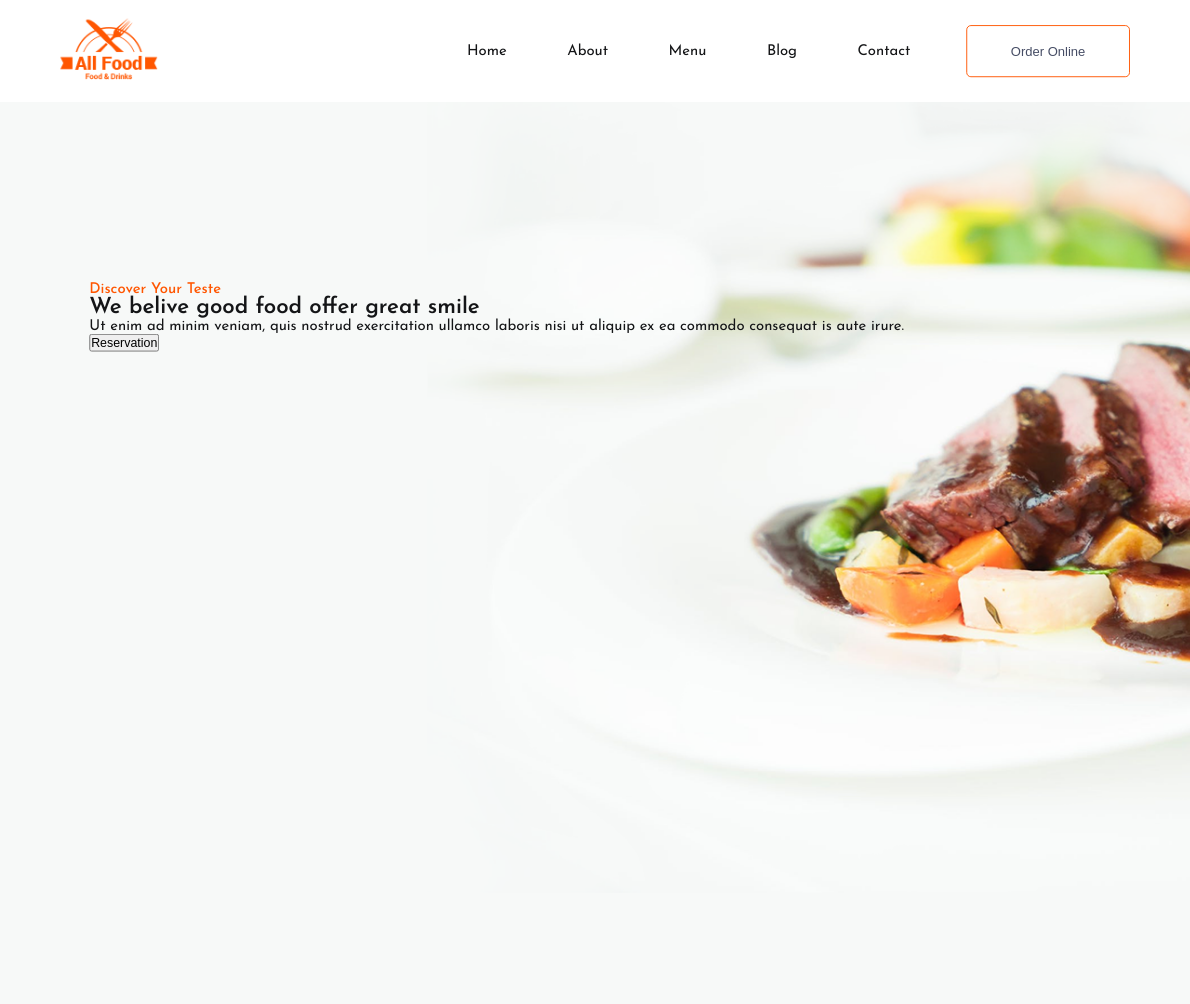
Repository: Ebtehal18/food
Page: index.html
An editor plug-in stored every save of this project. The page is shown before and after the next save, followed by the edit.
The browser window is 1280 px wide. The pictures show the whole page, at 93% of full size.

Above is the page before, as saved 2024-01-16 21:05:06.

### index.html
<!DOCTYPE html>
<html lang="en">
  <head>
    <meta charset="UTF-8" />
    <meta name="viewport" content="width=device-width, initial-scale=1.0" />
    <title>Time Zone</title>
    <link rel="preconnect" href="https://fonts.googleapis.com" />
    <link rel="preconnect" href="https://fonts.gstatic.com" crossorigin />
    <link
      href="https://fonts.googleapis.com/css2?family=Josefin+Sans:wght@200;300;400;500;600&display=swap"
      rel="stylesheet"
    />
    <link rel="stylesheet" href="asessets/css/style.css" />
    <link rel="stylesheet" href="asessets/css/External/all.min.css" />
  </head>
  <body>
    <!-- nav bar -->
    <header class="header">
      <div class="logo"><img src="asessets/imgs/logo.png" alt="logo" /></div>
      <nav class="nav">
        <ul class="nav-list">
          <li class="list-item"><a href="#">Home</a></li>
          <li class="list-item"><a href="#">About</a></li>
          <li class="list-item"><a href="#">Menu</a></li>
          <li class="list-item">
            <a href="#">Blog</a>
            <ul class="dropdown-list">
              <li class="dropdown-item"><a href="#">Blog</a></li>
              <li class="dropdown-item"><a href="#">Blog Details</a></li>
              <li class="dropdown-item"><a href="#">Element</a></li>
            </ul>
          </li>
          <li class="list-item"><a href="#">Contact</a></li>
        </ul>
      </nav>
      <button class="btn">Order Online</button>
    </header>

    <!-- hero -->

    <section class="hero">
      <div class="container">
        <div class="row">
         <div class="hero-content">
           <span>Discover Your Teste</span>
          <h1>We belive good food offer great smile</h1>
          <p>
            Ut enim ad minim veniam, quis nostrud exercitation ullamco laboris
            nisi ut aliquip ex ea commodo consequat is aute irure.
          </p>
          <button>Reservation</button></div>
          </div>
        </div>
      </div>
    </section>
  </body>
</html>

### asessets/css/style.css
/*
=======================================================
          public styles
======================================================= */
*,
*::after,
*::before {
  margin: 0;
  padding: 0;
  box-sizing: border-box;
}
html,
body {
  overflow-x: hidden;
}
body {
  font-family: "Josefin Sans", sans-serif;
  color: #141517;
  /* height: 1000px; */
}
.container {
  width: 85%;
  margin: auto;
}
.row {
  display: flex;
  justify-content: space-between;
  align-items: flex-start;
}

/* @media (max-width: 767px) {
  .row {
    flex-flow: column wrap;
  }
} */

/*
=====================================================
            end public styles
=====================================================
 */

/* ===============
        navbar
 ================= */
.header {
  z-index: 999;
  display: flex;
  background-color: #fff;
  position: fixed;
  justify-content: space-around;
  align-items: center;
  top: 0;
  padding: 20px 65px;
  width: 100%;
}
.header .nav {
  display: flex;
  margin-left: auto;
  margin-right: 30px;
}
.header .nav .nav-list .list-item {
  padding: 0 30px;
  display: inline-block;
}
.header .nav .nav-list .list-item a {
  color: #141517;
  font-weight: 400;
  font-size: 16px;
  text-decoration: none;
}
.header .nav .nav-list .list-item a:hover {
  color: #ff5600;
}
.header .nav .nav-list .list-item:nth-child(4) {
  position: relative;
}

.header .nav .list-item .dropdown-list {
  padding: 10px 15px;
  background-color: #fff;
  position: absolute;
  top: 44px;
  left: -4px;
  opacity: 0;
  transition: all 0.4s ease-in;
  -webkit-transition: all 0.4s ease-in;
  -moz-transition: all 0.4s ease-in;
  -ms-transition: all 0.4s ease-in;
  -o-transition: all 0.4s ease-in;
}
.header .nav .nav-list .list-item:nth-child(4):hover .dropdown-list {
  opacity: 1;
  top: 63px;
}

.header .nav .list-item .dropdown-list li {
  width: 140px;
  display: inline-block;
  margin-bottom: 20px;
}
.header .btn {
  position: relative;
  z-index: 1;
  cursor: pointer;
  color: #464d65;
  outline: none;
  border: 1px solid #ff5600;
  font-size: 14px;
  font-weight: 500;
  background-color: transparent;
  padding: 19px 47px;
  border-radius: 5px;
  -webkit-border-radius: 5px;
  -moz-border-radius: 5px;
  -ms-border-radius: 5px;
  -o-border-radius: 5px;
  transition: all 0.4s ease-in;
  -webkit-transition: all 0.4s ease-in;
  -moz-transition: all 0.4s ease-in;
  -ms-transition: all 0.4s ease-in;
  -o-transition: all 0.4s ease-in;
}
.header .btn::before {
  background-color: #ff5600;
  position: absolute;
  content: "";
  top: 0;
  left: 0;
  height: 0%;
  width: 100%;
  z-index: -1;
  transition: all 0.4s ease-in;
  -webkit-transition: all 0.4s ease-in;
  -moz-transition: all 0.4s ease-in;
  -ms-transition: all 0.4s ease-in;
  -o-transition: all 0.4s ease-in;
  transition-timing-function: cubic-bezier(0.5, 1.6, 0.5, 0.7);
}
.header .btn:hover {
  color: #fff;
}
.header .btn:hover::before {
  height: 100%;
}

/* ===============
       end  navbar
 ================= */
/* ===============
       hero
 ================= */
.hero {
  display: flex;
  width: 100%;
  height: 1080px;
  background-image: url(../imgs/h1_hero.png);
  background-size: cover;
  background-position: bottom;
}

.hero .hero-content {
  margin-top: -237px;
}
.hero .hero-content span {
  color: #ff5600;
  font-size: 16px;
  font-weight: 500;
}

Loaded but not shown: asessets/css/External/all.min.css (library)

After the next save:
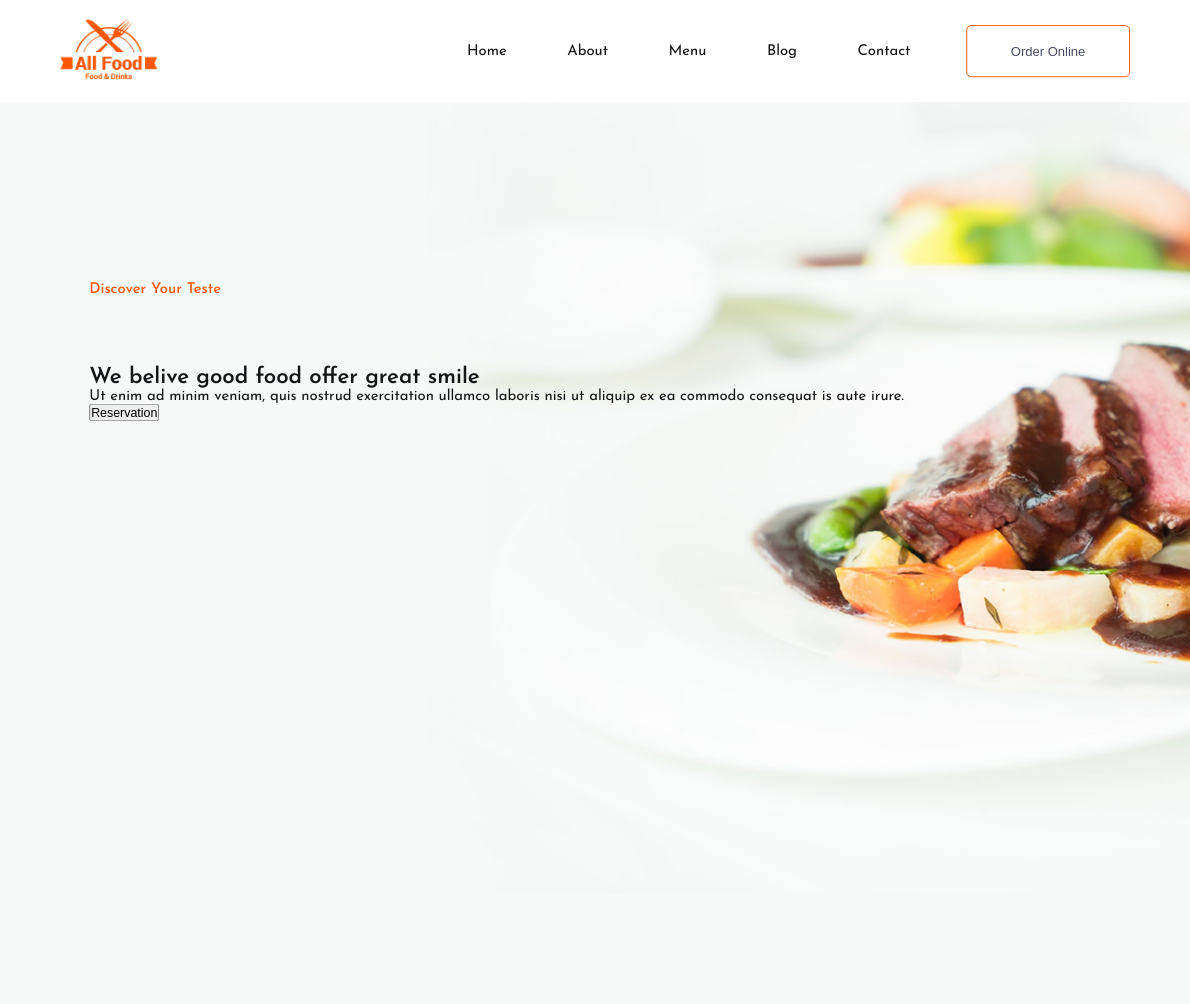
Saved 80 s later.
--- a/asessets/css/style.css
+++ b/asessets/css/style.css
@@ -166,4 +166,6 @@ body {
   color: #ff5600;
   font-size: 16px;
   font-weight: 500;
+  margin-bottom: 75px;
+  display: inline-block;
 }
